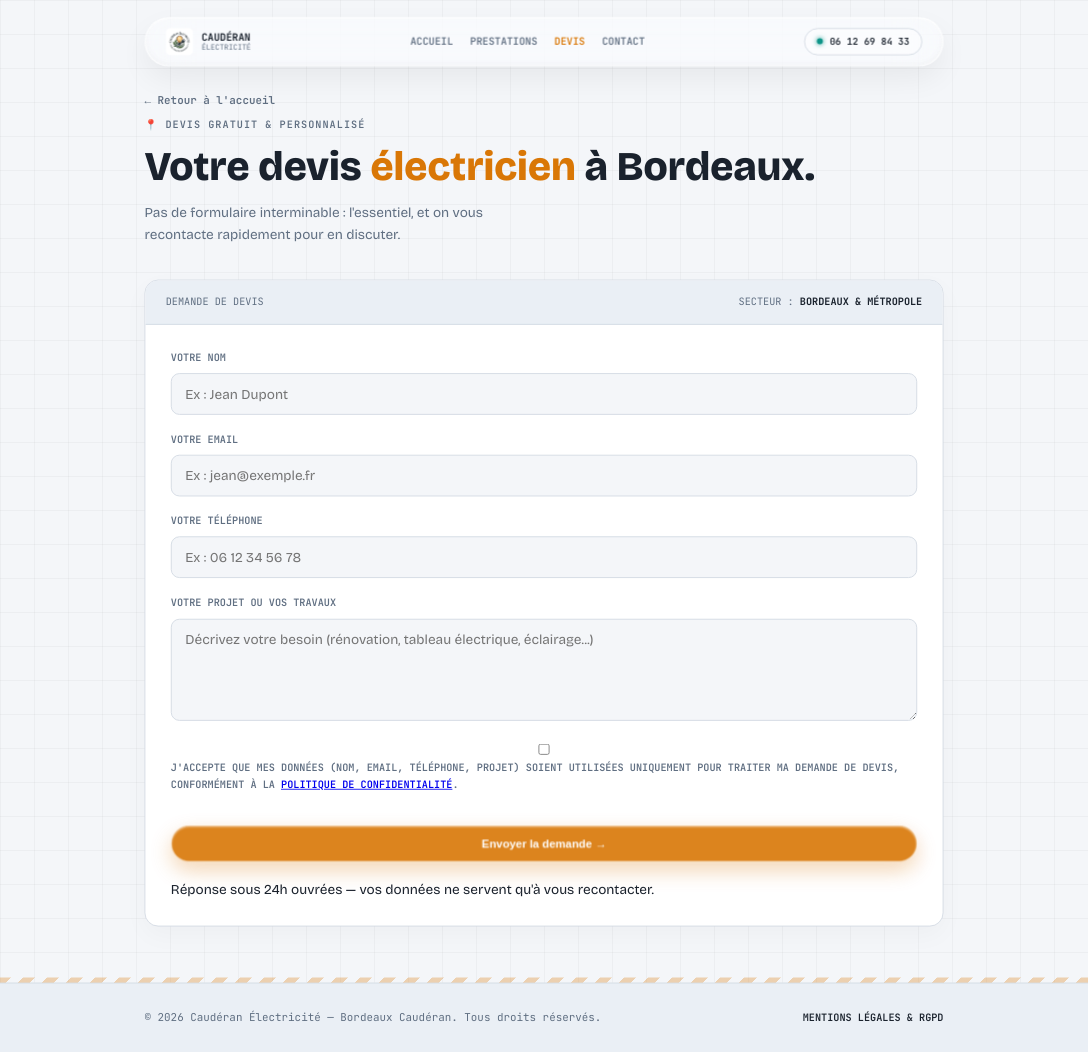
Repository: cauderanelectricite/cauderanelectricite.github.io
Page: devis.html
The author's editor kept a copy of each file at every save. The page is drawn from the files as they stood at one save, then again after a run of saves.
The browser window is 1280 px wide. The pictures show the whole page, at 85% of full size.

Above is the page before, as saved 2026-09-30 14:38:42.

After the next 2 saves:
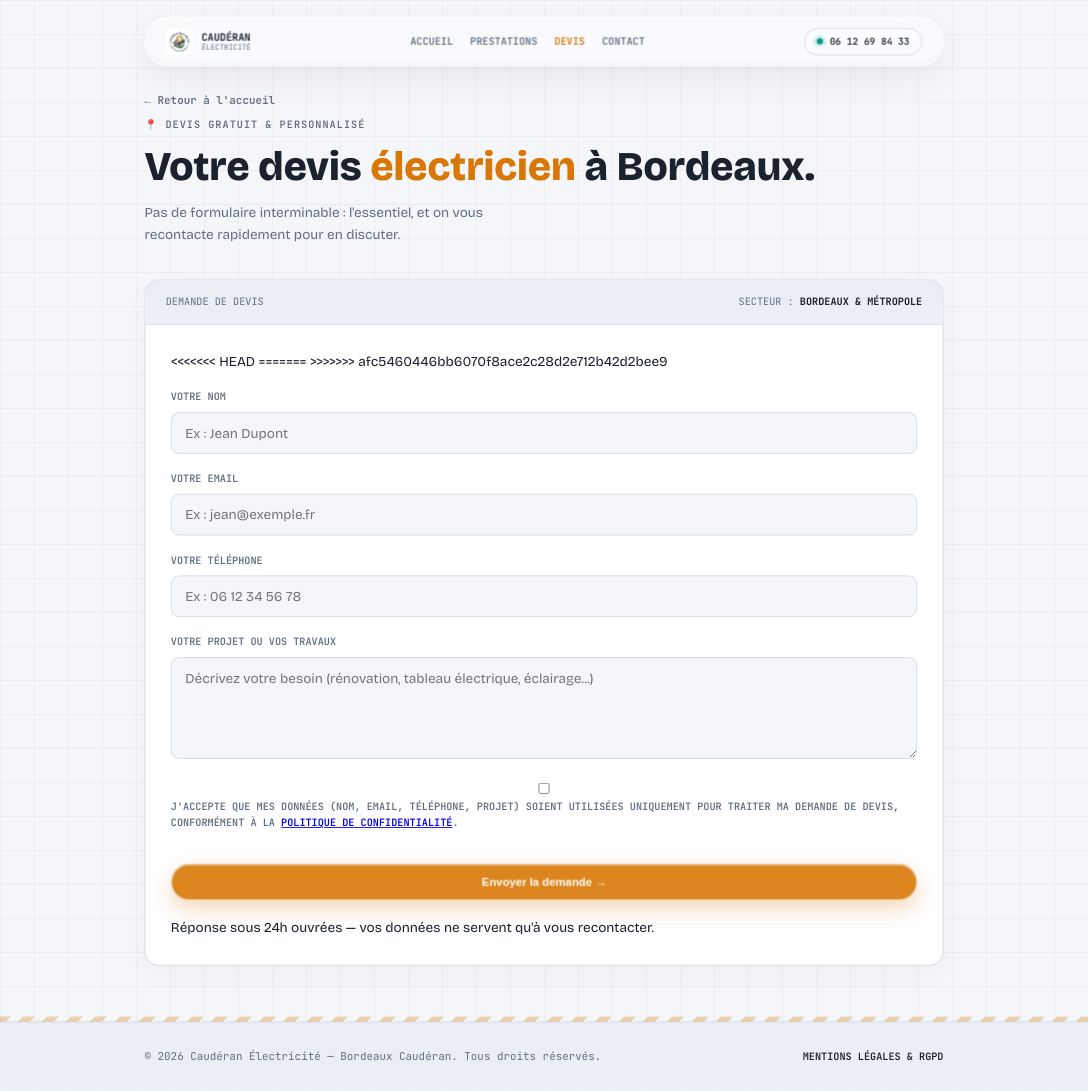
The 2 saves are shown as one change because they came seconds apart.
The last was saved 4 min 18 s later.
--- a/devis.html
+++ b/devis.html
@@ -61,7 +61,11 @@
     <input type="hidden" name="access_key" value="96f66776-382f-4ce0-8e90-f4bc872c67bc">
     <input type="hidden" name="subject" value="Nouvelle demande de devis — site Caudéran Électricité">
     <input type="hidden" name="from_name" value="Site Caudéran Électricité">
+<<<<<<< HEAD
     <input type="hidden" name="redirect" value="https://cauderan-electricite.github.io/merci.html">
+=======
+    <input type="hidden" name="redirect" value="https://cauderan-electricite.fr/merci.html">
+>>>>>>> afc5460446bb6070f8ace2c28d2e712b42d2bee9
     <!-- Honeypot anti-spam (ne pas remplir) -->
     <input type="checkbox" name="botcheck" class="hidden" tabindex="-1">
 

After the save that followed:
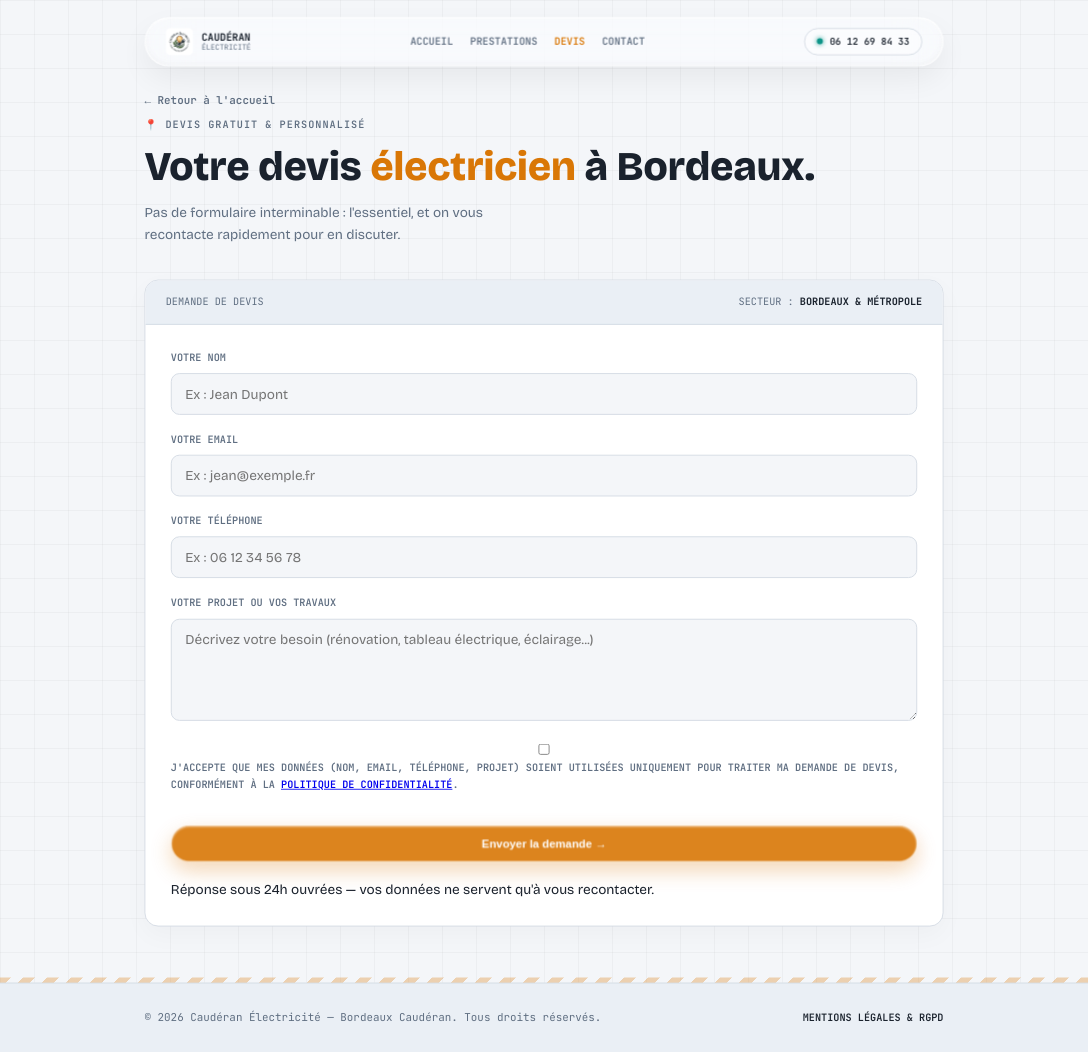
Saved 6 s later.
--- a/devis.html
+++ b/devis.html
@@ -61,11 +61,7 @@
     <input type="hidden" name="access_key" value="96f66776-382f-4ce0-8e90-f4bc872c67bc">
     <input type="hidden" name="subject" value="Nouvelle demande de devis — site Caudéran Électricité">
     <input type="hidden" name="from_name" value="Site Caudéran Électricité">
-<<<<<<< HEAD
     <input type="hidden" name="redirect" value="https://cauderan-electricite.github.io/merci.html">
-=======
-    <input type="hidden" name="redirect" value="https://cauderan-electricite.fr/merci.html">
->>>>>>> afc5460446bb6070f8ace2c28d2e712b42d2bee9
     <!-- Honeypot anti-spam (ne pas remplir) -->
     <input type="checkbox" name="botcheck" class="hidden" tabindex="-1">
 
